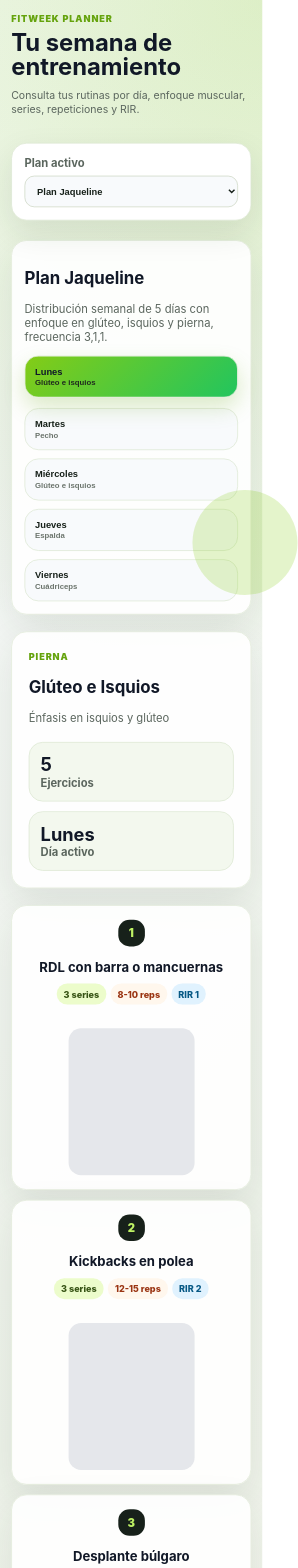
Repository: Jaqueline-CO/Fitweek-Planner
Page: /dashboard
These files come from the project's save history. The page is drawn as it stood at one moment and after a run of saves; the edit follows.
The browser window is 375 px wide. The page is 425 px wide, so the pictures cover 425 px, including what lies to the right of the window. The pictures show the part of the page from y = 0 to 2240 px (the page is 3400 px tall before and 3408 px after), at 70% of full size.
Pictures or frames that could not be fetched are drawn as grey boxes. The project was rebuilt for these pictures with package versions that can differ from the ones it lists, and the page was loaded fresh each time. Also part of the build but not shown: vite.config.js.

Above is the page before, as saved 2026-07-08 12:50:01.

### index.html
<!doctype html>
<html lang="en">
  <head>
    <meta charset="UTF-8" />
    <link rel="icon" type="image/svg+xml" href="/favicon.svg" />
    <meta name="viewport" content="width=device-width, initial-scale=1.0" />
    <title>rutinasgym</title>
  </head>
  <body>
    <div id="root"></div>
    <script type="module" src="/src/main.jsx"></script>
  </body>
</html>

### src/index.css
* {
  box-sizing: border-box;
}

html,
body,
#root {
  width: 100%;
  min-height: 100%;
  margin: 0;
  padding: 0;
  overflow-x: hidden;
}

body {
  min-width: 320px;
  font-family: Inter, system-ui, sans-serif;
}

### src/App.jsx
import AppRoutes from "./routes/AppRoutes";

function App() {
  return <AppRoutes />;
}

export default App;

### src/routes/AppRoutes.jsx
import { BrowserRouter, Routes, Route } from "react-router-dom";
import Login from "../pages/Login";
import Dashboard from "../pages/Dashboard";

function AppRoutes() {
  return (
    <BrowserRouter>
      <Routes>
        <Route path="/" element={<Login />} />
        <Route path="/dashboard" element={<Dashboard />} />
      </Routes>
    </BrowserRouter>
  );
}

export default AppRoutes;

### src/pages/Dashboard.jsx
import { useState } from "react";
import { weeklyPlans } from "../data/weeklyPlans";
import { routines } from "../data/routines";
import "../styles/Dashboard.css";

function Dashboard() {
  const [selectedPlanId, setSelectedPlanId] = useState("jaqueline");
  const [selectedDay, setSelectedDay] = useState("Lunes");

  const selectedPlan = weeklyPlans.find((plan) => plan.id === selectedPlanId);
  const selectedPlanDay = selectedPlan.days.find((item) => item.day === selectedDay);
  const selectedRoutine = routines.find((routine) => routine.id === selectedPlanDay.routineId);

  return (
    <main className="dashboard-page">
      <section className="dashboard-hero">
        <div>
          <span className="eyebrow">FitWeek Planner</span>
          <h1>Tu semana de entrenamiento</h1>
          <p>Consulta tus rutinas por día, enfoque muscular, series, repeticiones y RIR.</p>
        </div>

        <div className="plan-selector">
          <label>Plan activo</label>
          <select
            value={selectedPlanId}
            onChange={(e) => {
              setSelectedPlanId(e.target.value);
              setSelectedDay("Lunes");
            }}
          >
            {weeklyPlans.map((plan) => (
              <option key={plan.id} value={plan.id}>
                {plan.name}
              </option>
            ))}
          </select>
        </div>
      </section>

      <section className="plan-card">
        <div>
          <h2>{selectedPlan.name}</h2>
          <p>{selectedPlan.description}</p>
        </div>

        <div className="day-tabs">
          {selectedPlan.days.map((item) => (
            <button
              key={item.day}
              className={selectedDay === item.day ? "day-tab active" : "day-tab"}
              onClick={() => setSelectedDay(item.day)}
            >
              <span>{item.day}</span>
              <small>{item.label}</small>
            </button>
          ))}
        </div>
      </section>

      <section className="routine-layout">
        <aside className="routine-summary">
          <span className="routine-category">{selectedRoutine.category}</span>
          <h2>{selectedRoutine.title}</h2>
          <p>{selectedRoutine.focus}</p>

          <div className="summary-stats">
            <div>
              <strong>{selectedRoutine.exercises.length}</strong>
              <span>Ejercicios</span>
            </div>
            <div>
              <strong>{selectedDay}</strong>
              <span>Día activo</span>
            </div>
          </div>
        </aside>

        <section className="exercise-list">
          {selectedRoutine.exercises.map((exercise, index) => (
            <article className="exercise-card" key={index}>
              <div className="exercise-number">{index + 1}</div>
              {exercise.video && (
                <div className="exercise-media">
                  <video
                    src={exercise.video}
                    autoPlay
                    muted
                    loop
                    playsInline
                  />
                </div>
              )}
              <div className="exercise-info">
                <h3>{exercise.name}</h3>

                <div className="exercise-tags">
                  <span>{exercise.sets} series</span>
                  <span>{exercise.reps} reps</span>
                  <span>RIR {exercise.rir}</span>
                </div>

                {exercise.notes && <p>{exercise.notes}</p>}
              </div>
            </article>
          ))}
        </section>
      </section>
    </main>
  );
}

export default Dashboard;

### src/data/weeklyPlans.js
export const weeklyPlans = [
  {
    id: "jaqueline",
    name: "Plan Jaqueline",
    description: "Distribución semanal de 5 días con enfoque en glúteo, isquios y pierna, frecuencia 3,1,1.",
    days: [
      { day: "Lunes", routineId: "gluteo-isquios", label: "Glúteo e isquios" },
      { day: "Martes", routineId: "pecho-a", label: "Pecho" },
      { day: "Miércoles", routineId: "gluteo-isquios", label: "Glúteo e isquios" },
      { day: "Jueves", routineId: "espalda", label: "Espalda" },
      { day: "Viernes", routineId: "cuadriceps", label: "Cuádriceps" },
    ],
  },
  {
    id: "israel",
    name: "Plan Israel",
    description: "Distribución semanal de 5 días con enfoque en Pecho, frecuencia 2,2,1.",
    days: [
      { day: "Lunes", routineId: "gluteo-isquios", label: "Glúteo e isquios" },
      { day: "Martes", routineId: "pecho-a", label: "Pecho" },
      { day: "Miércoles", routineId: "espalda", label: "Espalda" },
      { day: "Jueves", routineId: "pecho-b", label: "Pecho" },
      { day: "Viernes", routineId: "cuadriceps", label: "Cuádriceps" },
    ],
  },
];

### src/data/routines.js
export const routines = [
  {
    id: "gluteo-isquios",
    title: "Glúteo e Isquios",
    category: "Pierna",
    focus: "Énfasis en isquios y glúteo",
    exercises: [
      { name: "RDL con barra o mancuernas", sets: 3, reps: "8-10", rir: "1", video:"./videos/rdl.mp4" },
      { name: "Kickbacks en polea", sets: 3, reps: "12-15", rir: "2",video:"./videos/kickback-polea.mp4"},
      { name: "Desplante búlgaro", sets: 3, reps: "8-10", rir: "1-2", video:"./videos/bulgara.mp4" },
      { name: "Curl femoral sentado", sets: 3, reps: "10-12", rir: "1-2", video:"./videos/femoral-sentado.mp4" },
      { name: "Elevaciones de talones", sets: 3, reps: "10-12", rir: "1-2", video:"./videos/elevacion-talones.mp4" },
    ],
  },
  {
    id: "cuadriceps",
    title: "Cuádriceps",
    category: "Pierna",
    focus: "Énfasis en cuádriceps",
    exercises: [
      { name: "Sentadilla Hack", sets: 3, reps: "6-8", rir: "1", video:"./videos/sentadilla-hack.mp4" },
      { name: "Hip Thrust con barra", sets: 3, reps: "8-10", rir: "1", video:"./videos/hip-thrust.mp4" },
      { name: "Curl femoral acostado", sets: 3, reps: "10-12", rir: "1-2" , video:"./videos/curl-femoral-acostado.mp4" },
      { name: "Extensiones de cuádriceps", sets: 3, reps: "10-12", rir: "1-2", video:"./videos/extension-cuadricep.mp4" },
      { name: "Abducción en máquina", sets: 3, reps: "12-15", rir: "1-2" , video:"./videos/abduccion.mp4" },
      { name: "Adducción en máquina", sets: 3, reps: "12-15", rir: "1-2", video:"./videos/aductor.mp4" },
      { name: "Elevaciones de talones", sets: 3, reps: "10-12", rir: "1-2" , video:"./videos/elevacion-talones.mp4"},
    ],
  },
  {
    id: "pecho-a",
    title: "Pecho A",
    category: "Pecho",
    focus: "Énfasis en pectoral mayor",
    exercises: [
      { name: "Press inclinado con mancuernas", sets: 3, reps: "8-10", rir: "1-2", video:"./videos/press-inclinado-mancuerna.mp4" },
      { name: "Press plano con barra", sets: 2, reps: "6-8", rir: "0-1",video:"./videos/press-plano-barra.mp4" },
      { name: "Elevaciones laterales con mancuerna", sets: 2, reps: "12-15", rir: "2",video:"./videos/laterales-mancuerna.mp4" },
      { name: "Elevaciones en polea baja unilateral", sets: 3, reps: "12-15", rir: "2" , video:"./videos/elevaciones-polea-baja-unilateral.mp4" },
      { name: "Extensión de tríceps con cuerda", sets: 2, reps: "12-15", rir: "1-2", video:"./videos/extension-tricep.mp4" },
    ],
  },
  {
    id: "pecho-b",
    title: "Pecho B",
    category: "Pecho",
    focus: "Deltoide anterior, lateral y tríceps",
    exercises: [
      { name: "Press militar con mancuernas", sets: 3, reps: "8-10", rir: "1", video:"./videos/press-militar-mancuernas.mp4" },
      { name: "Press plano con barra o máquina", sets: 2, reps: "6-8", rir: "1", video:"./videos/press-plano-barra.mp4"},
      { name: "Cruce en poleas baja", sets: 2, reps: "12-15", rir: "2" , video:"./videos/cruce-poleas.mp4"},
      { name: "Elevaciones laterales con mancuernas", sets: 2, reps: "15-20", rir: "2",video:"./videos/laterales-mancuerna.mp4"},
      { name: "Extensión de tríceps overhead con cuerda", sets: 2, reps: "12-15", rir: "1-2", video:"./videos/triceps-overhead.mp4" },
      { name: "Push down con cuerda", sets: 2, reps: "10-12", rir: "1-2",video:"./videos/pushdown-cuerda.mp4" },
    ],
  },
  {
    id: "espalda",
    title: "Espalda",
    category: "Espalda",
    focus: "Dorsales - Amplitud, fuerza de tracción y foco lat",
    exercises: [
      { name: "Jalón al pecho con agarre neutro", sets: 4, reps: "8-10", rir: "-",video:"./videos/jalon-pecho-neutro.mp4", notes: "Máxima activación del dorsal ancho. Tensión mecánica alta." },
      { name: "Remo en maquina unilateral", sets: 4, reps: "8-10", rir: "-",video:"./videos/remo-unilateral.mp4", notes: "Segunda línea de tracción horizontal. Enfocado en upper back general." },
      { name: "Pull-over con cuerda en polea alta", sets: 3, reps: "12-15", rir: "-",video:"./videos/pull-over.mp4", notes: "Aislamiento del dorsal, sin intervención del bíceps." },
      { name: "Curl de bíceps en maquina", sets: 3, reps: "10-12", rir: "-",video:"./videos/curl-biceps.mp4", notes: "Foco total en bíceps braquial con gran estiramiento." },
    ],
  },
];

### src/styles/Dashboard.css
.dashboard-page {
  width: 100%;
  max-width: 100%;
  min-height: 100vh;
  padding: 32px;
  overflow-x: hidden;
  color: #17211a;
  background:
    radial-gradient(circle at top right, rgba(132, 204, 22, 0.22), transparent 28%),
    linear-gradient(135deg, #f8fafc, #eef3ea 55%, #f7f7ef);
  font-family: Inter, system-ui, sans-serif;
}

.dashboard-hero {
  display: flex;
  justify-content: space-between;
  gap: 24px;
  align-items: center;
  margin-bottom: 28px;
}

.eyebrow,
.routine-category {
  color: #65a30d;
  font-weight: 900;
  letter-spacing: 0.1em;
  text-transform: uppercase;
  font-size: 13px;
}

.dashboard-hero h1 {
  font-size: clamp(34px, 5vw, 58px);
  margin: 8px 0;
  color: #111827;
  line-height: 1;
}

.dashboard-hero p,
.plan-card p,
.routine-summary p,
.exercise-info p {
  color: #5b665e;
}

.plan-selector {
  background: #ffffff;
  border: 1px solid #dbe7d2;
  padding: 18px;
  border-radius: 22px;
  min-width: 250px;
  box-shadow: 0 18px 45px rgba(32, 51, 34, 0.1);
}

.plan-selector label {
  display: block;
  margin-bottom: 8px;
  color: #5b665e;
  font-weight: 700;
}

.plan-selector select {
  width: 100%;
  padding: 13px;
  border-radius: 14px;
  border: 1px solid #cbd5c0;
  outline: none;
  font-weight: 800;
  color: #17211a;
  background: #f8fafc;
}

.plan-card,
.routine-summary,
.exercise-card {
  background: rgba(255, 255, 255, 0.92);
  border: 1px solid #e1ead8;
  box-shadow: 0 20px 55px rgba(32, 51, 34, 0.1);
}

.plan-card {
  border-radius: 30px;
  padding: 24px;
  margin-bottom: 24px;
}

.plan-card h2,
.routine-summary h2,
.exercise-info h3 {
  color: #111827;
}

.day-tabs {
  display: grid;
  grid-template-columns: repeat(5, 1fr);
  gap: 12px;
  margin-top: 20px;
}

.day-tab {
  border: 1px solid #dbe7d2;
  border-radius: 20px;
  padding: 16px;
  cursor: pointer;
  background: #f8fafc;
  color: #17211a;
  text-align: left;
  transition: 0.2s ease;
}

.day-tab span {
  display: block;
  font-weight: 900;
}

.day-tab small {
  color: #6b746c;
  font-weight: 600;
}

.day-tab.active,
.day-tab:hover {
  background: linear-gradient(135deg, #84cc16, #22c55e);
  color: #0f172a;
  transform: translateY(-3px);
  box-shadow: 0 14px 30px rgba(101, 163, 13, 0.22);
}

.day-tab.active small,
.day-tab:hover small {
  color: #1f2a1f;
}

.routine-layout {
  display: grid;
  grid-template-columns: 340px 1fr;
  gap: 24px;
}

.routine-summary {
  border-radius: 30px;
  padding: 24px;
  height: fit-content;
  position: relative;
  overflow: hidden;
}

.routine-summary::after {
  content: "";
  position: absolute;
  width: 150px;
  height: 150px;
  right: -50px;
  bottom: -50px;
  background: rgba(132, 204, 22, 0.22);
  border-radius: 50%;
}

.summary-stats {
  display: grid;
  grid-template-columns: 1fr;
  gap: 14px;
  margin-top: 24px;
  position: relative;
  z-index: 1;
}

.summary-stats div {
  background: #f3f8ee;
  border: 1px solid #dbe7d2;
  border-radius: 20px;
  padding: 16px;
}

.summary-stats strong {
  display: block;
  font-size: 26px;
  color: #111827;
}

.summary-stats span {
  color: #5b665e;
  font-weight: 700;
}

.exercise-list {
  display: grid;
  gap: 14px;
}

.exercise-card {
  display: flex;
  gap: 18px;
  align-items: flex-start;
  border-radius: 24px;
  padding: 20px;
  transition: 0.2s ease;
}

.exercise-card:hover {
  transform: translateY(-2px);
  box-shadow: 0 22px 60px rgba(32, 51, 34, 0.14);
}

.exercise-number {
  width: 44px;
  height: 44px;
  border-radius: 16px;
  display: grid;
  place-items: center;
  font-weight: 900;
  background: #17211a;
  color: #bef264;
}

.exercise-info h3 {
  margin: 0 0 12px;
}

.exercise-tags {
  display: flex;
  flex-wrap: wrap;
  gap: 8px;
}

.exercise-tags span {
  padding: 8px 12px;
  border-radius: 999px;
  background: #ecfccb;
  color: #365314;
  font-size: 14px;
  font-weight: 800;
}

.exercise-tags span:nth-child(2) {
  background: #fff7ed;
  color: #9a3412;
}

.exercise-tags span:nth-child(3) {
  background: #e0f2fe;
  color: #075985;
}

@media (max-width: 1100px) {
  .routine-layout {
    grid-template-columns: 300px 1fr;
  }

  .dashboard-hero h1 {
    font-size: 42px;
  }
}

@media (max-width: 900px) {
  .dashboard-page {
    padding: 24px;
  }

  .dashboard-hero {
    display: grid;
    grid-template-columns: 1fr;
  }

  .plan-selector {
    width: 100%;
    min-width: 0;
  }

  .day-tabs {
    grid-template-columns: repeat(2, 1fr);
  }

  .routine-layout {
    grid-template-columns: 1fr;
  }

  .routine-summary {
    position: static;
  }
}

@media (max-width: 600px) {
  .dashboard-page {
    padding: 16px;
  }

  .dashboard-hero h1 {
    font-size: 34px;
  }

  .dashboard-hero p {
    font-size: 15px;
  }

  .plan-card,
  .routine-summary,
  .exercise-card {
    border-radius: 22px;
  }

  .plan-card {
    padding: 18px;
  }

  .day-tabs {
    grid-template-columns: 1fr;
  }

  .day-tab {
    padding: 14px;
  }

  .exercise-card {
  flex-direction: column;
  align-items: center;
  text-align: center;
}

.exercise-number {
  width: 38px;
  height: 38px;
  order: 1;
}

.exercise-info {
  order: 2;
}

.exercise-tags {
  justify-content: center;
  gap: 6px;
}

.exercise-tags span {
  font-size: 13px;
  padding: 7px 10px;
}

.exercise-media {
  order: 3;
  width: 100%;
  max-width: 280px;
  height: 300px;
  margin-top: 16px;
}
}

.exercise-media {
  width: 180px;
  height: 210px;
  border-radius: 18px;
  overflow: hidden;
  background: #e5e7eb;
  flex-shrink: 0;
}

.exercise-media video {
  width: 100%;
  height: 100%;
  object-fit: cover;
  display: block;
}

Loaded but not shown: src/main.jsx (common file); src/pages/Login.jsx (no stored copy; drawn as an empty file)

After the next 2 saves:
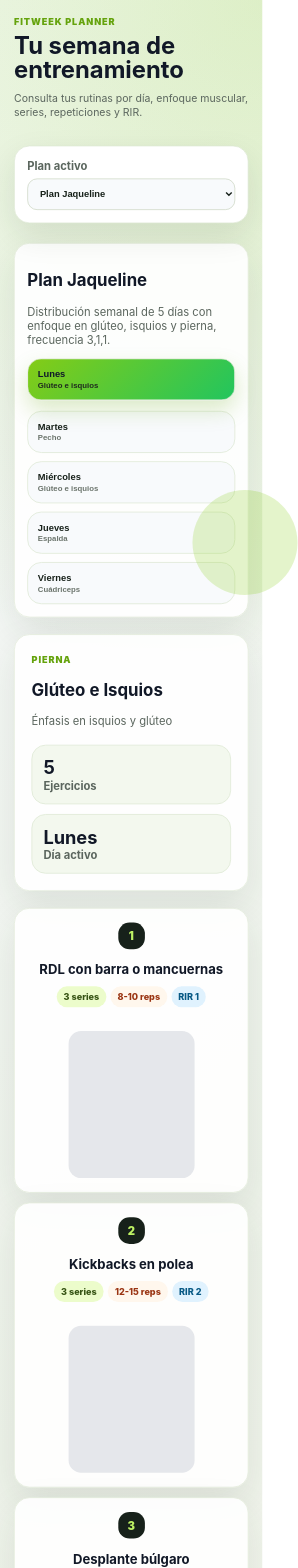
The 2 saves are shown as one change because they came seconds apart.
The last was saved 24 s later.
--- a/src/styles/Dashboard.css
+++ b/src/styles/Dashboard.css
@@ -281,7 +281,7 @@
 
 @media (max-width: 600px) {
   .dashboard-page {
-    padding: 16px;
+    padding: 20px;
   }
 
   .dashboard-hero h1 {
